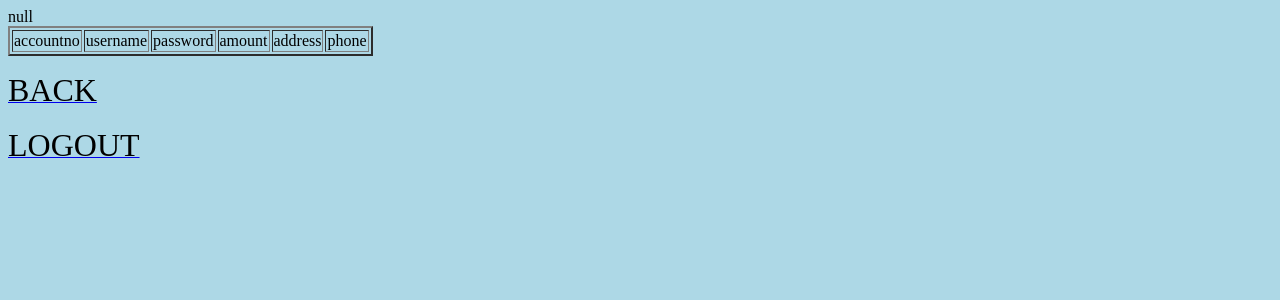
Repository: subhamsourabh265/collegeProjects
Page: http://localhost/OnlineBankingSystems/myupdate.jsp
An editor plug-in stored every save of this project. The page is shown before and after the next save, followed by the edit.
The browser window is 1280 px wide. The pictures show the whole page.
The page is served by Tomcat 9. Other server files are loaded and not shown. Queries for data that is not in the repository find no rows.

Above is the page before, as saved 2015-11-30 11:24:00.

### OnlineBankingSystems/WebContent/myupdate.jsp
<%@ page import="java.sql.*"%>
<%@include file="connect1.jsp" %>
<%String username="",password="",repassword="",address="";
int accountno ,amount,phone;
Statement pst=null;
%>
<table border="2">
<tr>
<td>accountno</td>
<td>username</td>
<td>password</td>
<td>amount</td>
<td>address</td>
<td>phone</td>
</tr>
<body style="background-color:lightblue ">
<%
try{
pst=conn.createStatement();
String a=request.getParameter("n1");
out.println(a);
ResultSet rs=pst.executeQuery("Select * from account where accountno="+a );
while(rs.next())
{
accountno=rs.getInt(1);
username=rs.getString(2);
password=rs.getString(3);
amount=rs.getInt(5);
address=rs.getString(6);
phone=rs.getInt(7);
%>
<tr><td><%=accountno%></td><br><br>
<td><%=username%></td><br><br>
<td><%=password%></td><br><br>
<td><%=amount%></td><br><br>
<td><%=address%></td><br><br>
<td><%=phone%></td><br><br>
</tr>
<%}%>
</table>
<%
rs.close();
conn.close();
}catch(Exception e){}
%>

 </p>
 <a href = "view1.jsp"><font color = black size = 6>BACK</a></font>
 <br><br>
 <a href = "mylogin.html"><font color = black size = 6>LOGOUT</a></font>

</form>
</html>

### OnlineBankingSystems/WebContent/connect1.jsp
<%@ page language="java" contentType="text/html; charset=ISO-8859-1"
    pageEncoding="ISO-8859-1"%>
<!DOCTYPE html PUBLIC "-//W3C//DTD HTML 4.01 Transitional//EN" "http://www.w3.org/TR/html4/loose.dtd">
<html>
<head>
<body>
<%@ page import="java.sql.*" %>
	<%! Connection conn=null;%>
	<%
	try{
		Class.forName("oracle.jdbc.driver.OracleDriver");
		conn = DriverManager.getConnection("jdbc:oracle:thin:@localhost:1521:XE","system","sourabh");
		System.out.println("driver  found");
	}
	catch(Exception e) {
System.out.println("driver not found");
}
	%>
</body>
</html>

After the next save:
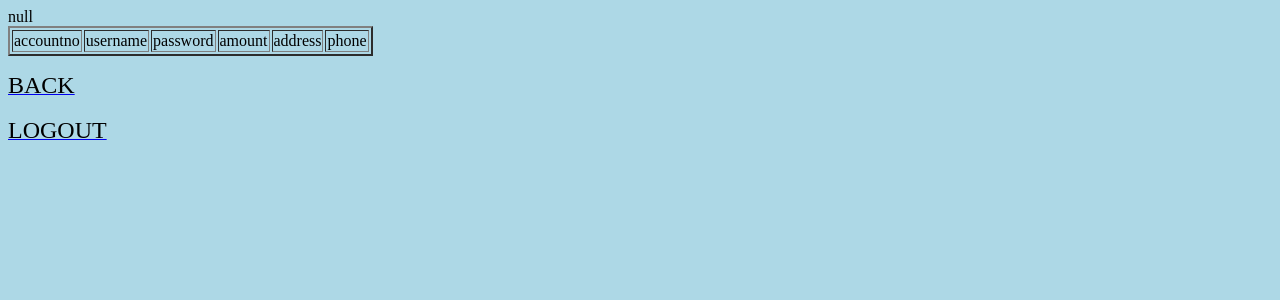
Saved 34 s later.
--- a/OnlineBankingSystems/WebContent/myupdate.jsp
+++ b/OnlineBankingSystems/WebContent/myupdate.jsp
@@ -45,9 +45,9 @@
 %>
 
  </p>
- <a href = "view1.jsp"><font color = black size = 6>BACK</a></font>
+ <a href = "view1.jsp"><font color = black size = 5>BACK</a></font>
  <br><br>
- <a href = "mylogin.html"><font color = black size = 6>LOGOUT</a></font>
+ <a href = "mylogin.html"><font color = black size = 5>LOGOUT</a></font>
 
 </form>
 </html>
